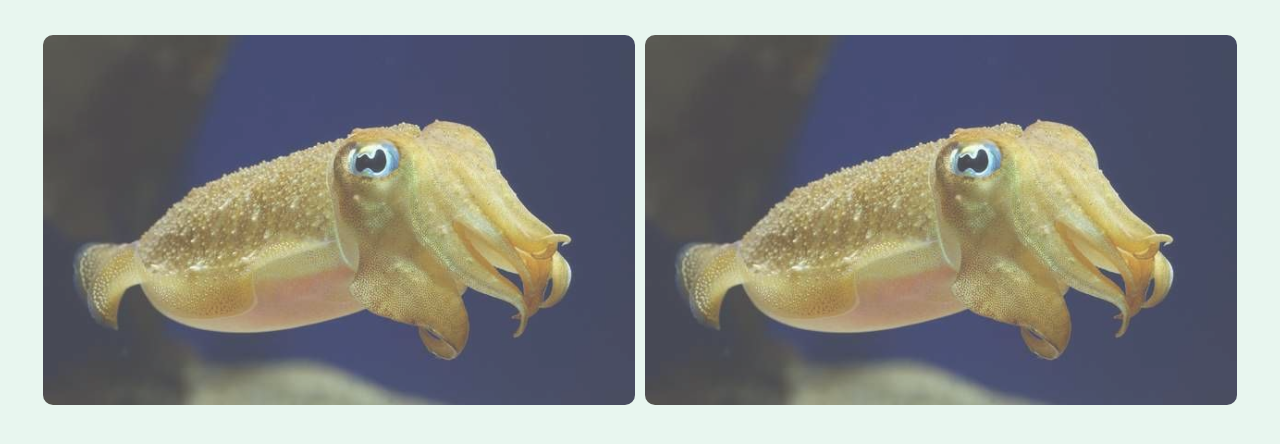
Repository: neomort/comm-lab-vid-site
Page: index.html
The author's editor kept a copy of each file at every save. The page is drawn from the files as they stood at one save, then again after the next save.
The browser window is 1280 px wide. The pictures show the whole page.
The pointer rests on the first visible `.image-1`.

Above is the page before, as saved 2021-09-12 21:10:39.

After the next save:
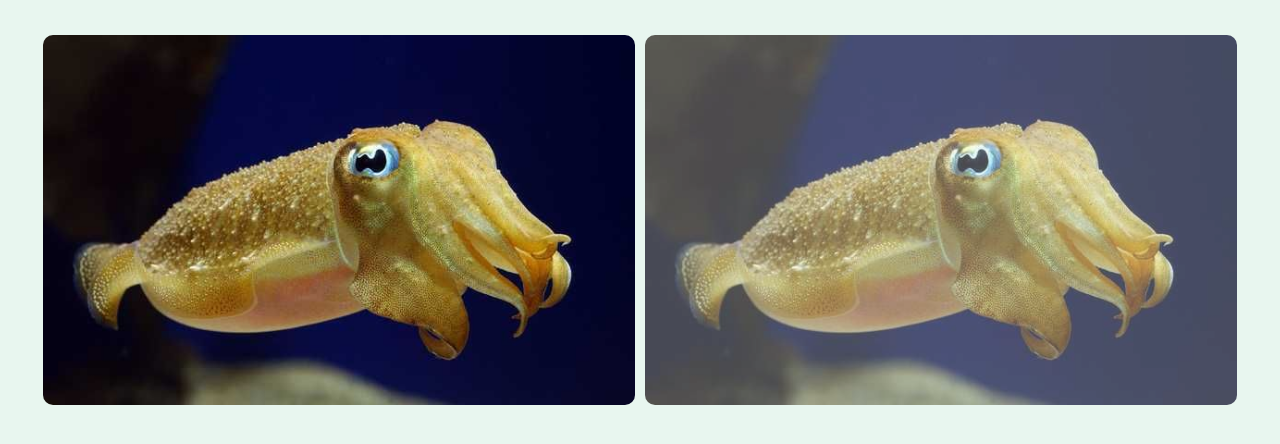
Saved 82 s later.
--- a/css/styles.css
+++ b/css/styles.css
@@ -42,3 +42,7 @@
   width:100%;
   opacity: 70%;
 }
+
+.image-1:hover {
+  opacity:100%
+}
